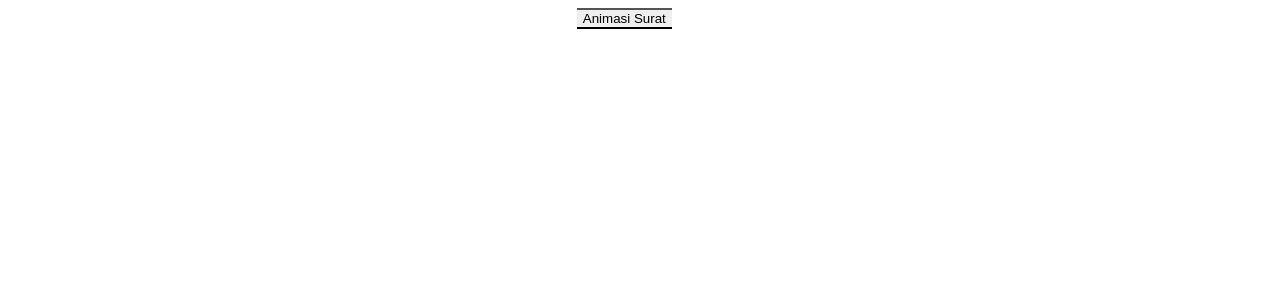
Repository: Irantsitumorang/projectRepo1
Page: BelajarJS/LatihanHTML/WebContent/suratj.html
The author's editor kept a copy of each file at every save. The page is drawn from the files as they stood at one save, then again after the next save.
The browser window is 1280 px wide. The pictures show the whole page.

Above is the page before, as saved 2021-07-01 10:42:07.

After the next save:
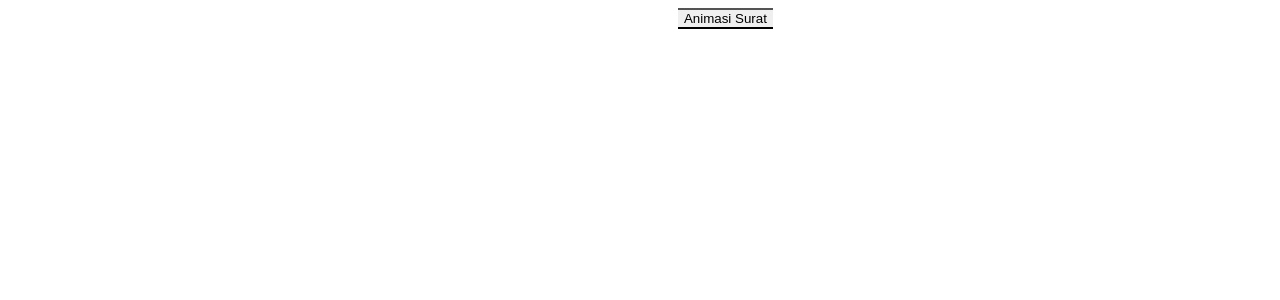
Saved 11 s later.
--- a/BelajarJS/LatihanHTML/WebContent/suratj.html
+++ b/BelajarJS/LatihanHTML/WebContent/suratj.html
@@ -10,7 +10,7 @@
     <style>
 
 	#bg{
-	margin-left: 45%;
+	margin-left: 53%;
 	border-left: 20px;
 	border-right: 20px;
 	}
